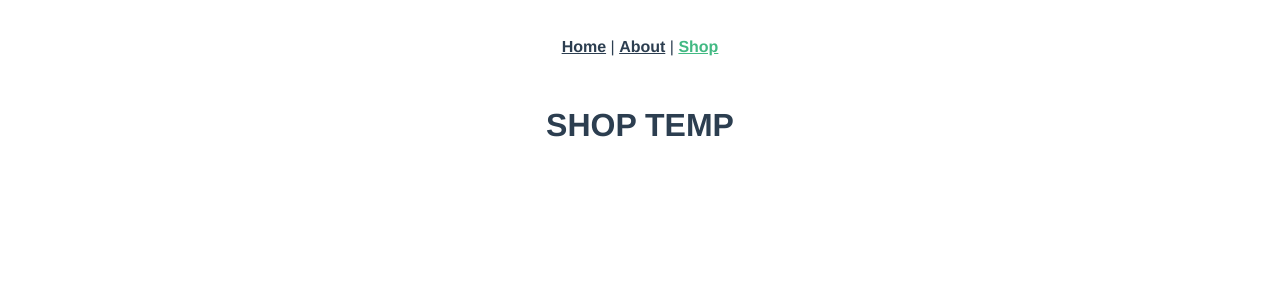
Repository: ramcd86/vuetest
Page: /#/shop
These files come from the project's save history. The page is drawn as it stood at one moment and after a run of saves; the edit follows.
The browser window is 1280 px wide. The pictures show the whole page.
The project was rebuilt for these pictures with package versions that can differ from the ones it lists, and the page was loaded fresh each time. Requests to the local data server were answered from the project's data file. Also part of the build but not shown: src/components/HelloWorld.vue, src/views/Home.vue.

Above is the page before, as saved 2019-07-08 10:11:36.

After the next 2 saves:
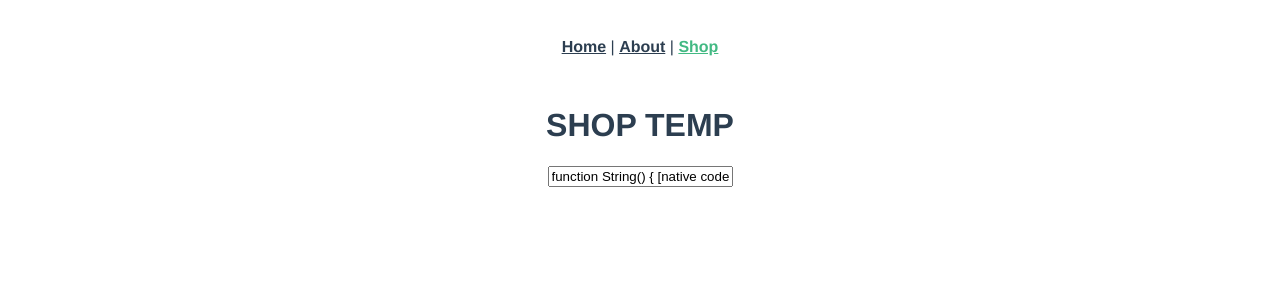
The 2 saves are shown as one change because 1 did not build or start.
The last was saved 3 min 39 s later.
--- a/src/views/Shop.vue
+++ b/src/views/Shop.vue
@@ -6,6 +6,7 @@
             <div v-for="item in dataSet" v-bind:key="item.id">
                 {{item.id}} | {{item.first_name}} {{item.last_name}} | {{item.email}}
             </div>
+            <input type="text" placeholder="input" v-model="inputData">
     </div>
 </template>
 
@@ -18,7 +19,8 @@ export default {
 
     data() {
         return {
-            dataSet: []
+            dataSet: [],
+            inputData: String
             }
     },
 
@@ -28,6 +30,12 @@ export default {
 
     mounted() {
         console.log(this.dataSet);
+    },
+
+    watch: {
+        inputData(val) {
+            console.log(val)
+        }
     }
 }
 </script>
